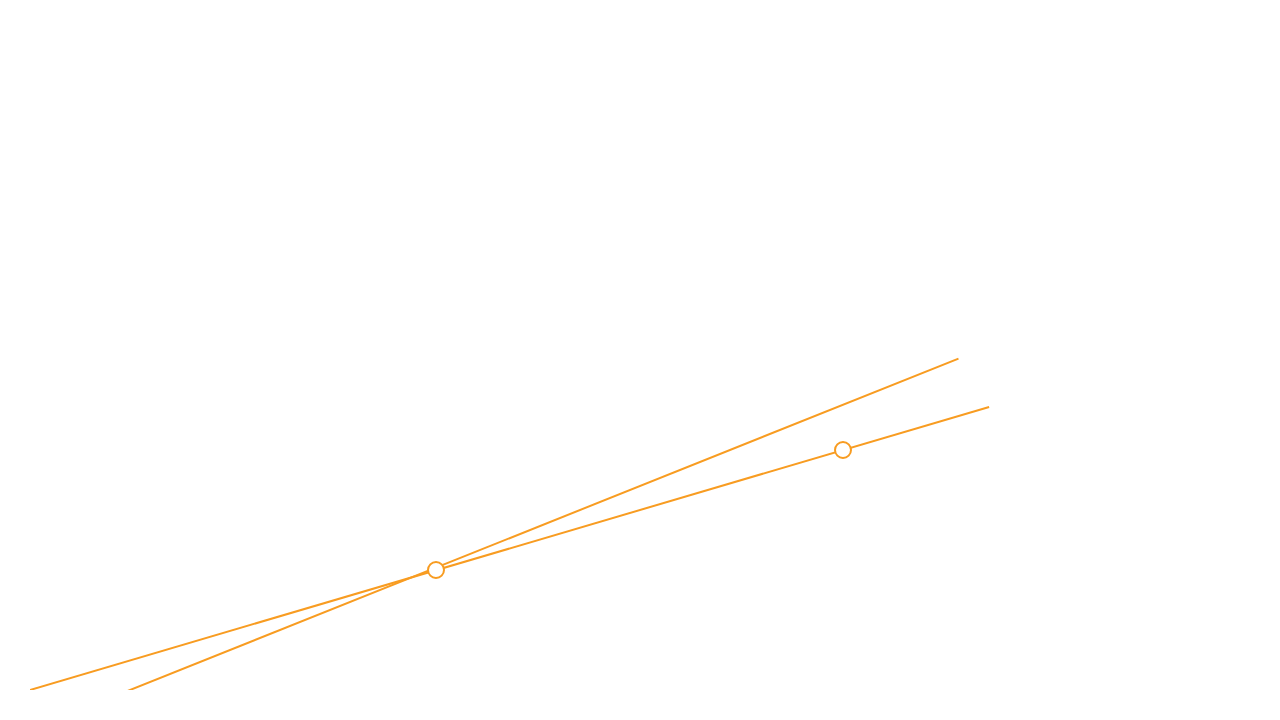
Repository: alinlinbo/yanling-resume-site
Page: svg.html
An editor plug-in stored every save of this project. The page is shown before and after the next save, followed by the edit.
The browser window is 1280 px wide. The pictures show the whole page.

Above is the page before, as saved 2023-09-22 17:36:56.

### svg.html
<!DOCTYPE html>
<html lang="en">

<head>
    <meta charset="UTF-8">
    <meta name="viewport" content="width=device-width, initial-scale=1.0">
    <title>svg</title>

</head>
<style>
    * {
        margin: 0;
        padding: 0;
        box-sizing: border-box;
    }

    .content {
        width: 100%;
        height: 100vh;
        display: flex;
        justify-content: center;
        align-items: end;
        padding: 30px;
    }

    svg {
        width: 100%;
        height: 50vh;
    }
    .d-none {
        display: none;
    }

    .line {
        stroke-dasharray: 1000;
        stroke-dashoffset: 0;
        animation: draw 2s linear forwards;
    }


    @keyframes draw {
        from {
            stroke-dashoffset: 1000;
        }
        to {
            stroke-dashoffset: 0;
        }
    }
</style>

<body>
    <div class="content">
        <svg>
            <!-- 三段直线 -->
            <path class="line" id="line" d="" stroke="#F89C21" stroke-width="2" fill="none" />
            <path class="line" d="M 0 400 L 1000 0" stroke="#F89C21" stroke-width="2" fill="none" />
            <!-- 两个间隔小圆点 -->
            <circle class="d-none" id="c1" cx="200" cy="50" r="8" stroke="#F89C21" stroke-width="2" fill="white" />
            <circle class="d-none" id="c2" cx="100" cy="50" r="8" stroke="#F89C21" stroke-width="2" fill="white" />
        </svg>
    </div>
    <script>
        const line = document.getElementById('line'),
            c1 = document.getElementById('c1'),
            c2 = document.getElementById('c2')

        //获取vw
        const vw = window.innerWidth - 60;
        const vh = window.innerHeight ;
        console.log(vw)
        let d1W = Math.floor(vw / 3),
            d2W = Math.floor(vw * 2 / 3),
            d3W = Math.floor(vw)
        let d1H = Math.floor(vh * 0.5 * 2 / 3),
            d2H = Math.floor(vh * 0.5 / 3)
        console.log(d1H, d2H)
        line.setAttribute('d', `M 0 ${vh * 0.5} L ${d3W} 0`)
        // c1的坐标
        c1.setAttribute('cx', d1W)
        c1.setAttribute('cy', d1H)
        // c2的坐标
        c2.setAttribute('cx', d2W)
        c2.setAttribute('cy', d2H)
        setTimeout(() => {
            c1.classList.remove('d-none')
        }, 900)
        setTimeout(() => {
            c2.classList.remove('d-none')
        }, 1800)
    </script>
</body>

</html>

After the next save:
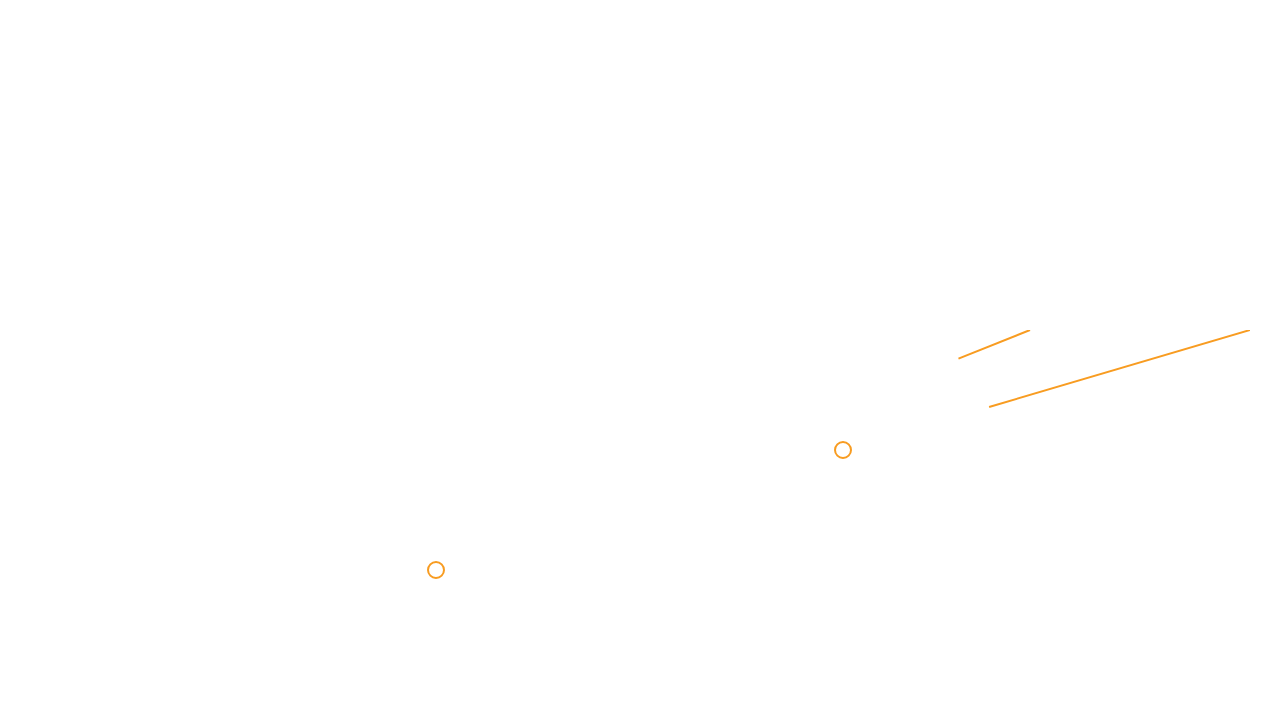
Saved 45 s later.
--- a/svg.html
+++ b/svg.html
@@ -33,17 +33,17 @@
 
     .line {
         stroke-dasharray: 1000;
-        stroke-dashoffset: 0;
+        stroke-dashoffset: 1000;
         animation: draw 2s linear forwards;
     }
 
 
     @keyframes draw {
         from {
-            stroke-dashoffset: 1000;
+            stroke-dashoffset: 0;
         }
         to {
-            stroke-dashoffset: 0;
+            stroke-dashoffset: 1000;
         }
     }
 </style>

After the save that followed:
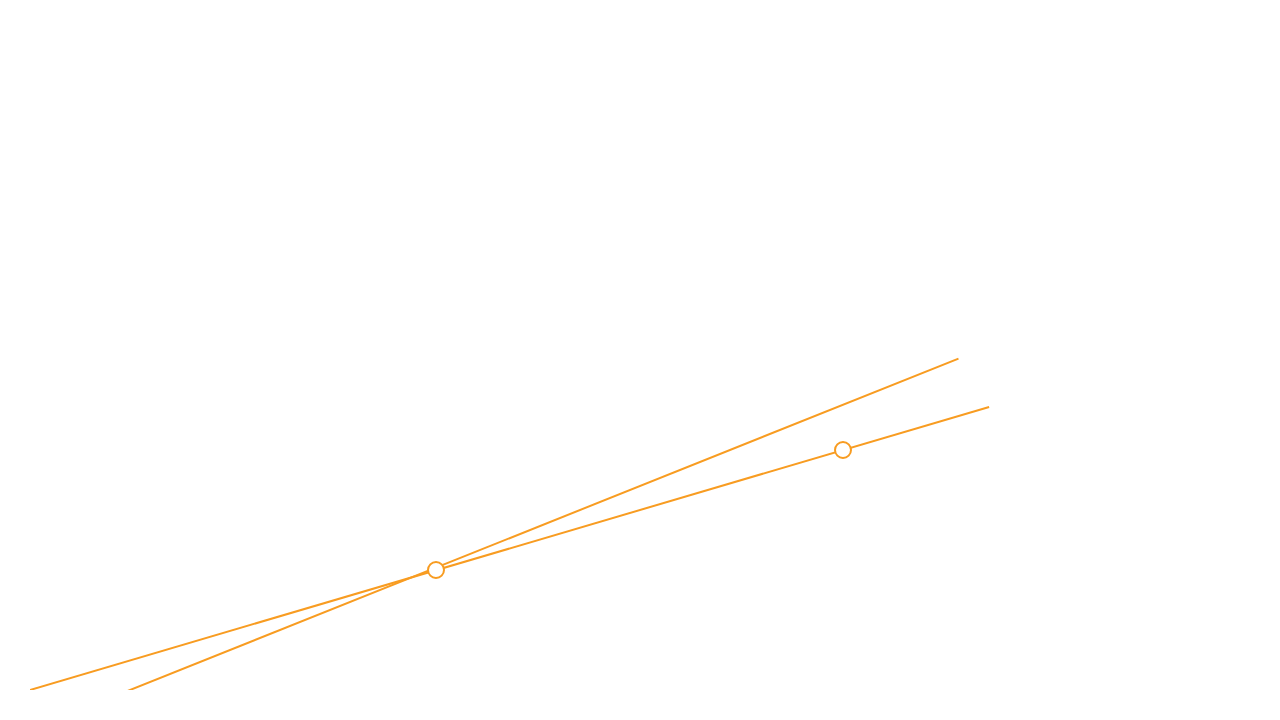
Saved 33 s later.
--- a/svg.html
+++ b/svg.html
@@ -33,17 +33,17 @@
 
     .line {
         stroke-dasharray: 1000;
-        stroke-dashoffset: 1000;
+        stroke-dashoffset: 0;
         animation: draw 2s linear forwards;
     }
 
 
     @keyframes draw {
         from {
-            stroke-dashoffset: 0;
+            stroke-dashoffset: 1000;
         }
         to {
-            stroke-dashoffset: 1000;
+            stroke-dashoffset: 0;
         }
     }
 </style>
